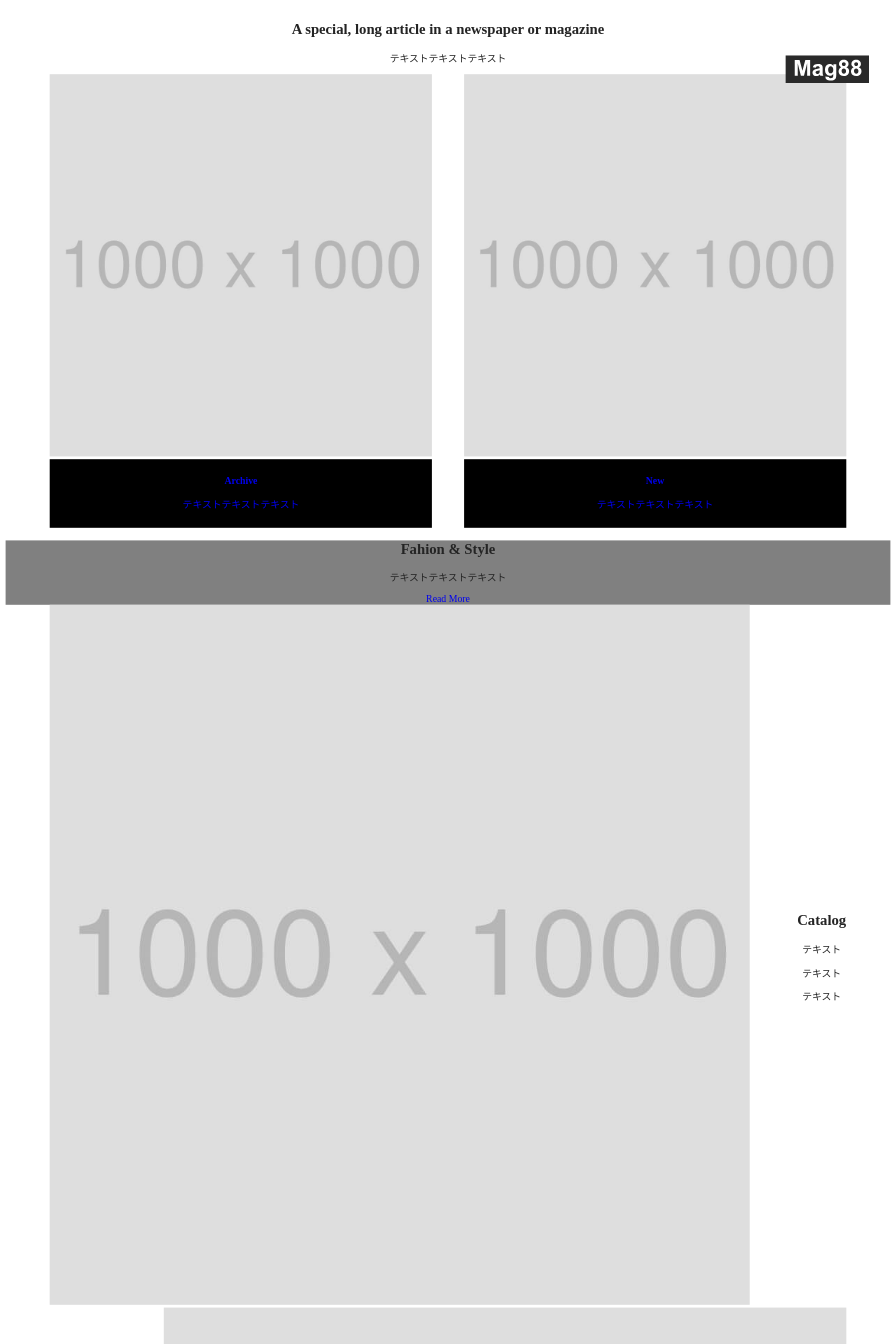
Repository: Fuki-san/bookstore
Page: http://localhost/book
The author's editor kept a copy of each file at every save. The page is drawn from the files as they stood at one save, then again after a run of saves.
The browser window is 1280 px wide. The pictures show the part of the page from y = 0 to 1920 px (the page is 3013 px tall), at 70% of full size.
The page is served by the project's Laravel application, run on PHP 8.4 with Laravel 10.

Above is the page before, as saved 2023-11-21 13:11:31.

After the next 4 saves:
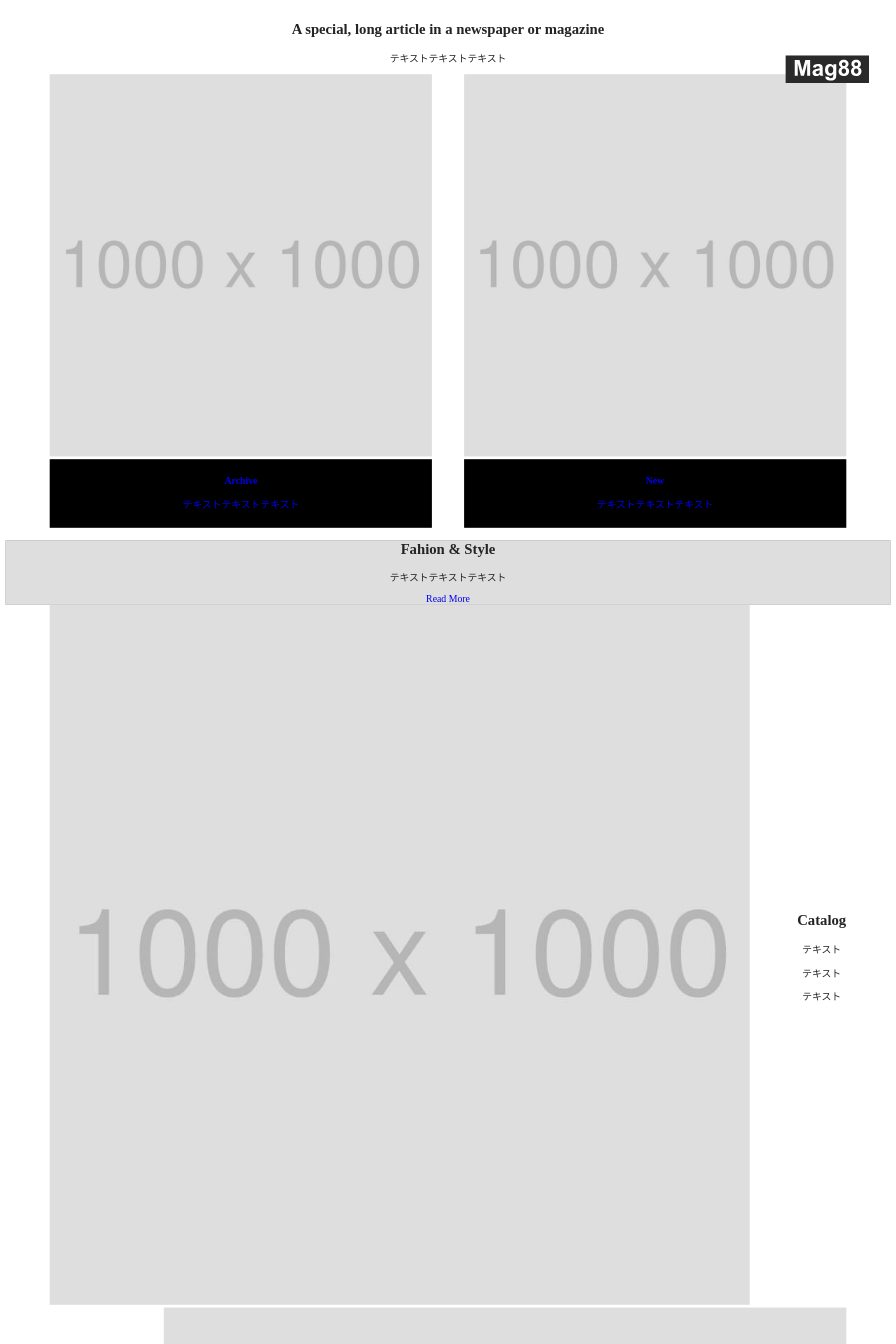
The 4 saves are shown as one change because they came seconds apart.
The last was saved 20 s later.
--- a/public/css/style.css
+++ b/public/css/style.css
@@ -48,6 +48,6 @@ a{
     font-weight: bold;
 }
 #fashion{
-
+    background-image: url(../img/fashion.jpg);
     background-color: gray;
     }
